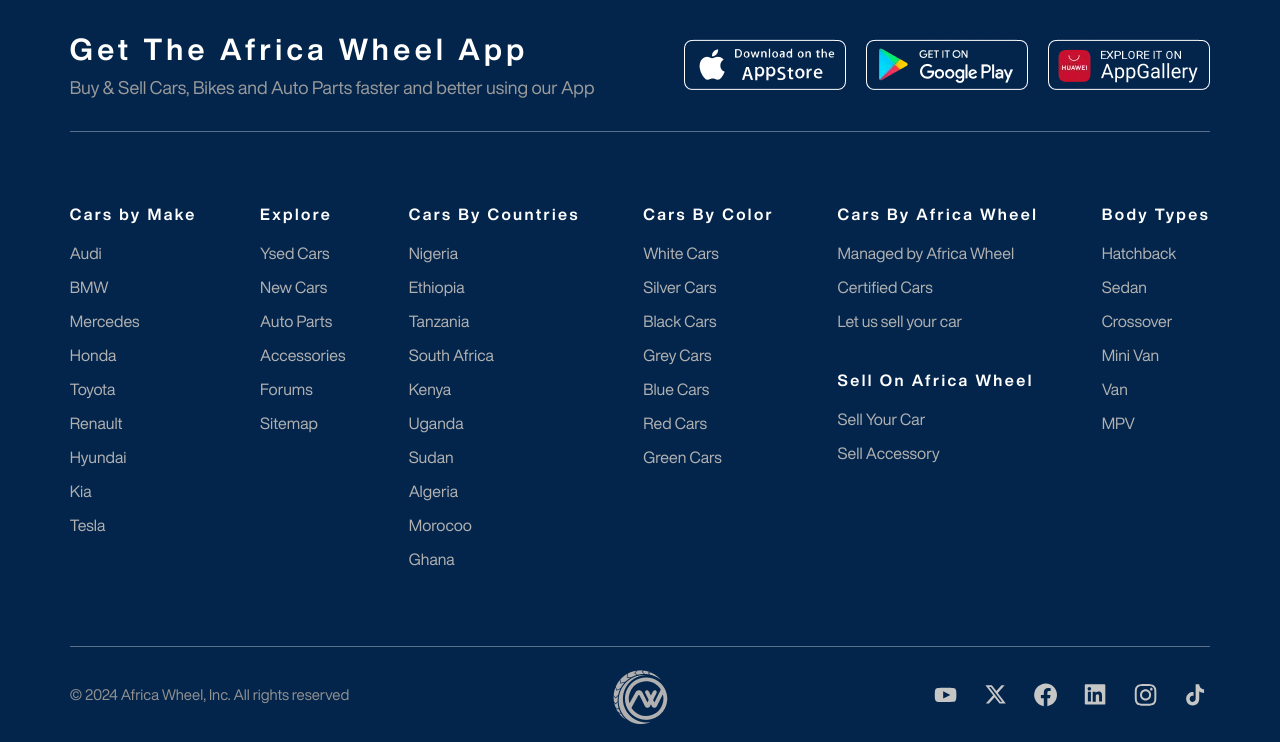
Repository: usmanunitedsol/africa_wheel
Page: pages/index.html
The author's editor kept a copy of each file at every save. The page is drawn from the files as they stood at one save, then again after the next save.
The browser window is 1280 px wide. The pictures show the whole page.
The style sheet was rebuilt from its Sass, Less or Tailwind sources for each picture, by a compiler version that may differ from the author's.

Above is the page before, as saved 2024-08-29 16:33:11.

After the next save:
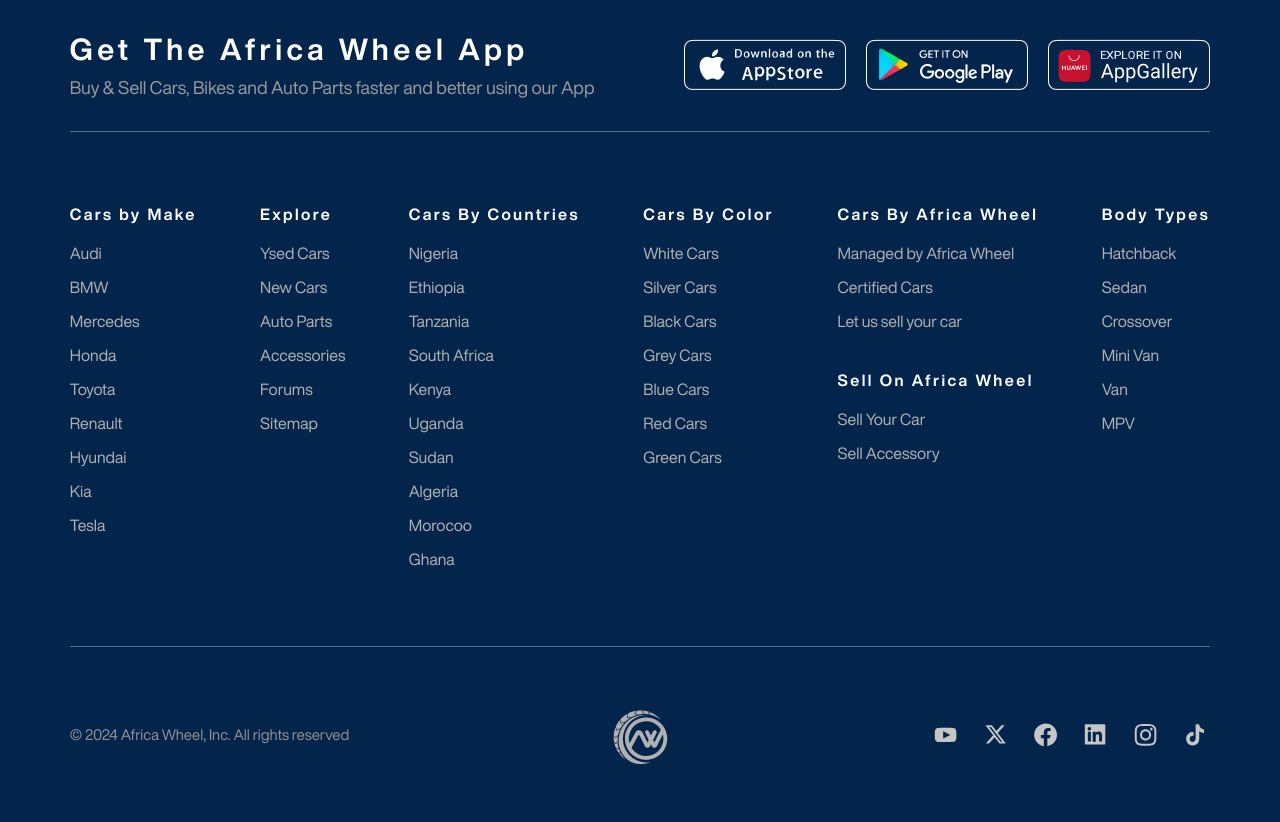
Saved 96 s later.
--- a/assets/style/less/footer.less
+++ b/assets/style/less/footer.less
@@ -25,7 +25,7 @@
 
     }
 
-    .footer_bottom { display: flex; align-items: center; justify-content: space-between;
+    .footer_bottom { display: flex; align-items: center; justify-content: space-between; padding: 40px 0;
         .social_block {
             display: flex; align-items: center; justify-content: flex-start; grid-gap: 20px;;
         }
